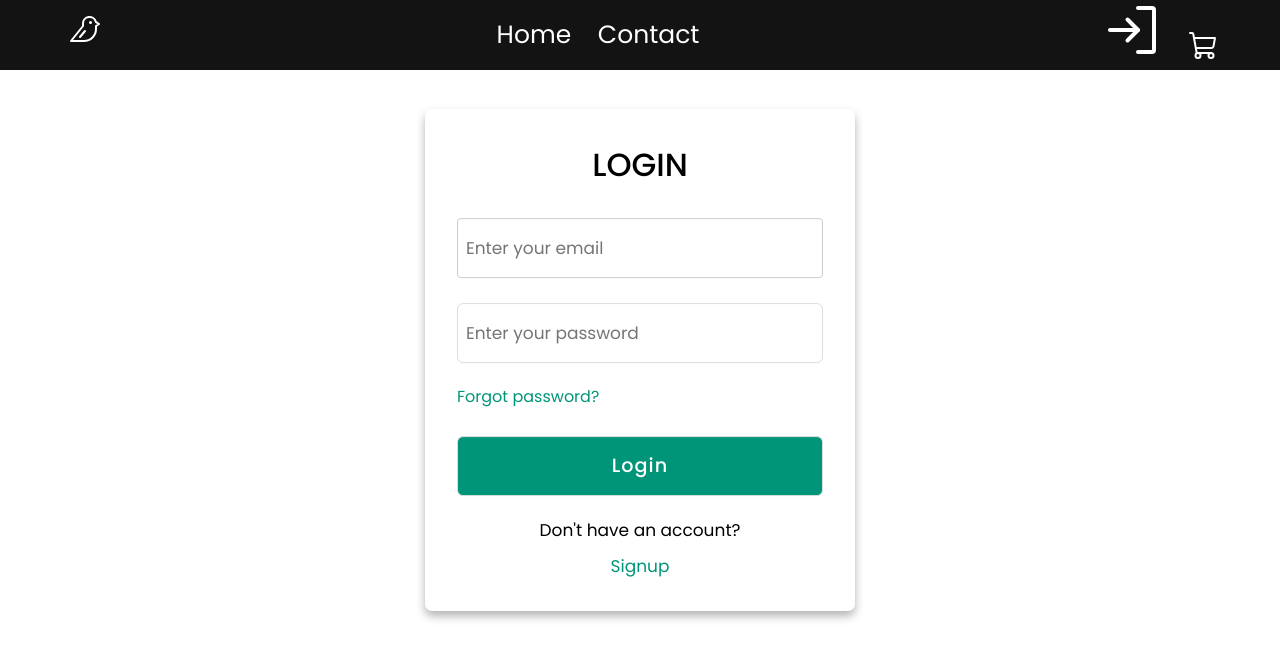
Repository: hoangdanh2/swp301
Page: /register
The author's editor kept a copy of each file at every save. The page is drawn from the files as they stood at one save, then again after the next save.
The browser window is 1280 px wide. The pictures show the whole page.
The project was rebuilt for these pictures with package versions that can differ from the ones it lists, and the page was loaded fresh each time. Also part of the build but not shown: src/pages/shop/product.jsx, src/pages/shop/shop.css, src/pages/shop/shop.jsx, src/pages/contact/contact.jsx, src/pages/cart/cart-item.jsx, src/pages/cart/cart.css, src/pages/cart/cart.jsx.

Above is the page before, as saved 2023-05-29 10:27:32.

After the next save:
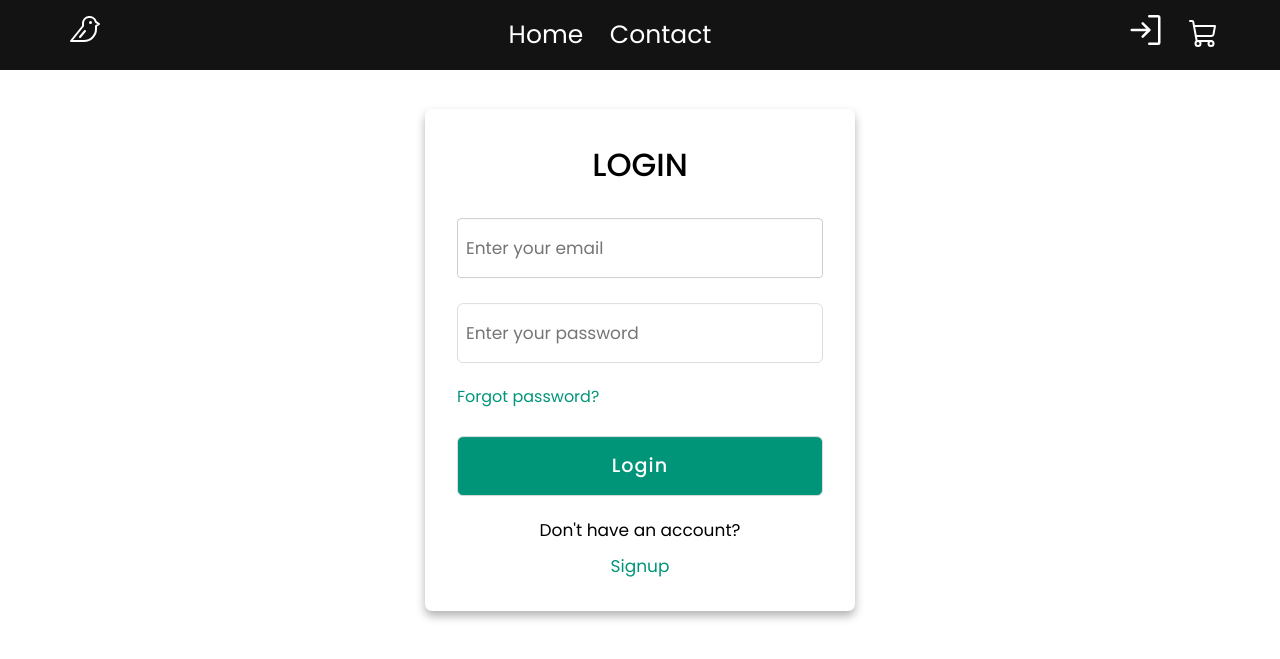
Saved 5 s later.
--- a/src/components/navbar.jsx
+++ b/src/components/navbar.jsx
@@ -18,7 +18,7 @@ export const Navbar = () => {
         </div>
         <div className="end">
             <Link to="/register">
-                <SignIn size={64}/>
+                <SignIn size={40}/>
             </Link>
           <Link to="/cart">
             <ShoppingCart size={32} />
